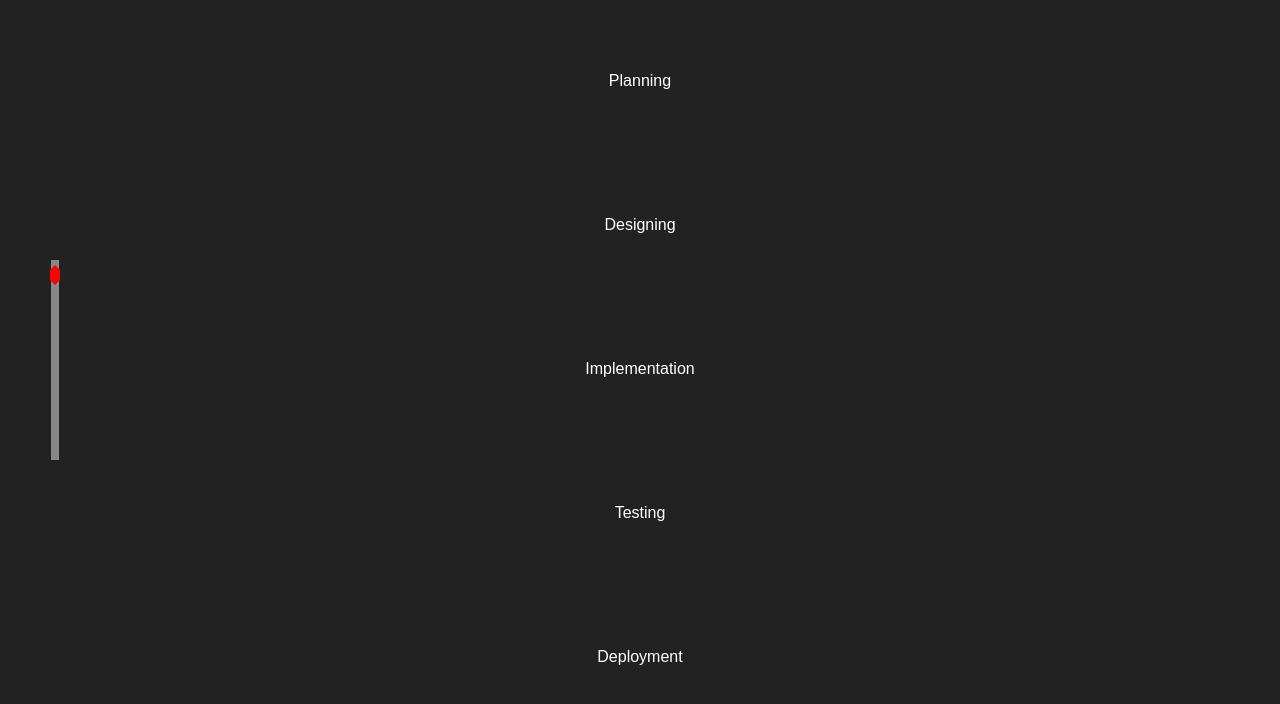
Repository: itsquadian/IT-SQUADIAN
Page: try.html
The author's editor kept a copy of each file at every save. The page is drawn from the files as they stood at one save, then again after the next save.
The browser window is 1280 px wide. The pictures show the whole page.

Above is the page before, as saved 2024-04-13 20:04:04.

### try.html
<!DOCTYPE html>
<html lang="en">
<head>
<meta charset="UTF-8">
<meta name="viewport" content="width=device-width, initial-scale=1.0">
<title>Road Animation</title>
<style>
    body {
        margin: 0;
        padding: 0;
        overflow: hidden;
        background-color: #222;
        color: #fff;
        font-family: Arial, sans-serif;
    }

    .road-container {
        position: relative;
        width: 100%;
        height: 100vh;
        display: flex;
        align-items: center;
        justify-content: space-between;
        padding: 50px;
        box-sizing: border-box;
    }

    .road-svg {
        width: 10px;
        height: 100%;
    }

    .road-path {
        stroke: #888;
        stroke-width: 8;
    }

    .car {
        fill: #f00;
        transform-origin: center;
        animation: moveCar 10s linear infinite;
    }

    .step {
        position: absolute;
        top: 0;
        left: 50%;
        transform: translateX(-50%);
        text-align: center;
        opacity: 0;
        animation: appear 5s linear forwards;
    }

    @keyframes moveCar {
        0% { transform: translateY(-100%); }
        100% { transform: translateY(100%); }
    }

    @keyframes appear {
        0% { opacity: 0; }
        100% { opacity: 1; }
    }
</style>
</head>
<body>
<div class="road-container">
    <svg class="road-svg" xmlns="http://www.w3.org/2000/svg" viewBox="0 0 10 200">
        <!-- Define your road path here -->
        <path class="road-path" d="M5 0 V200" />
        <!-- Add a moving car -->
        <polygon class="car" points="5,5 10,10 10,20 5,25 0,20 0,10" />
    </svg>
    <div class="step" style="top: 10%;">Planning</div>
    <div class="step" style="top: 30%;">Designing</div>
    <div class="step" style="top: 50%;">Implementation</div>
    <div class="step" style="top: 70%;">Testing</div>
    <div class="step" style="top: 90%;">Deployment</div>
</div>

</body>
</html>

After the next save:
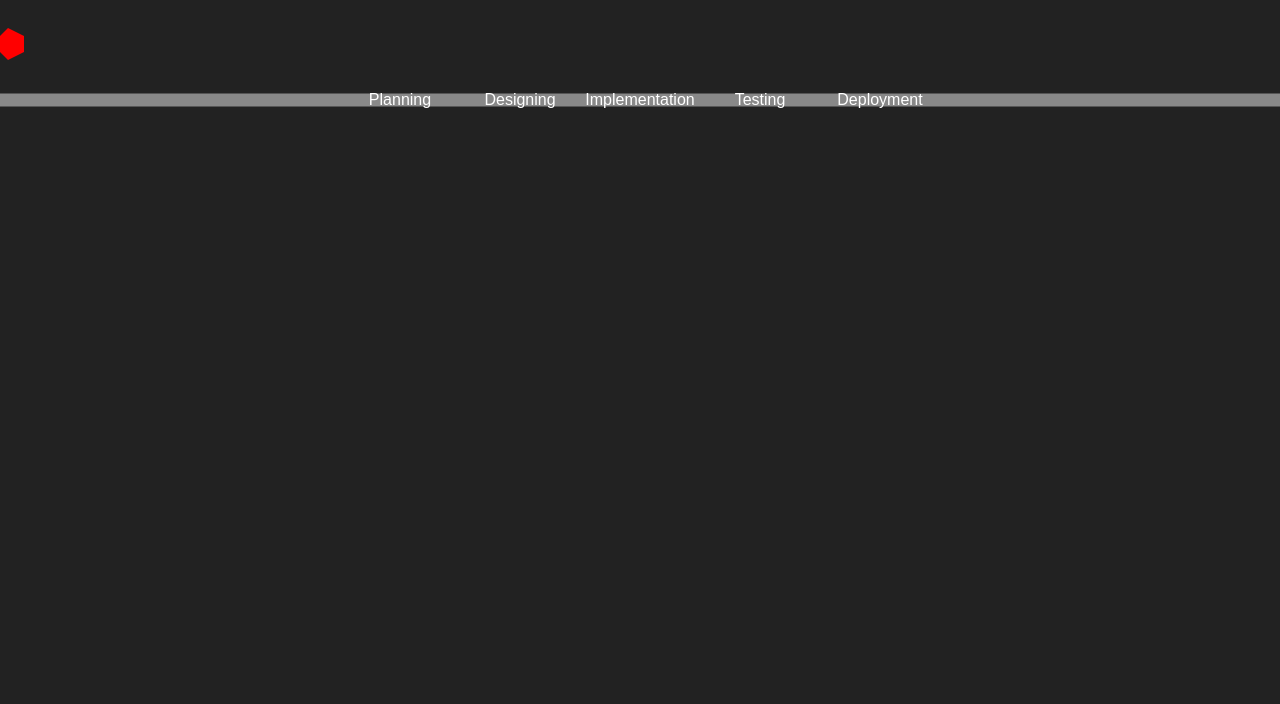
Saved 62 s later.
--- a/try.html
+++ b/try.html
@@ -17,17 +17,16 @@
     .road-container {
         position: relative;
         width: 100%;
-        height: 100vh;
+        height: 200px;
+        overflow: hidden;
         display: flex;
         align-items: center;
-        justify-content: space-between;
-        padding: 50px;
-        box-sizing: border-box;
+        justify-content: center;
     }
 
     .road-svg {
-        width: 10px;
-        height: 100%;
+        width: 100%;
+        height: auto;
     }
 
     .road-path {
@@ -41,19 +40,26 @@
         animation: moveCar 10s linear infinite;
     }
 
+    .steps {
+        position: absolute;
+        top: 50%;
+        transform: translateY(-50%);
+        display: flex;
+        justify-content: space-between;
+        width: 80%;
+        max-width: 600px;
+    }
+
     .step {
-        position: absolute;
-        top: 0;
-        left: 50%;
-        transform: translateX(-50%);
         text-align: center;
+        flex: 1;
         opacity: 0;
         animation: appear 5s linear forwards;
     }
 
     @keyframes moveCar {
-        0% { transform: translateY(-100%); }
-        100% { transform: translateY(100%); }
+        0% { transform: translateX(-100%); }
+        100% { transform: translateX(100%); }
     }
 
     @keyframes appear {
@@ -64,17 +70,19 @@
 </head>
 <body>
 <div class="road-container">
-    <svg class="road-svg" xmlns="http://www.w3.org/2000/svg" viewBox="0 0 10 200">
+    <svg class="road-svg" xmlns="http://www.w3.org/2000/svg" viewBox="0 0 800 100">
         <!-- Define your road path here -->
-        <path class="road-path" d="M5 0 V200" />
+        <path class="road-path" d="M0 50 H800" />
         <!-- Add a moving car -->
-        <polygon class="car" points="5,5 10,10 10,20 5,25 0,20 0,10" />
+        <polygon class="car" points="5,5 15,10 15,20 5,25 0,20 0,10" />
     </svg>
-    <div class="step" style="top: 10%;">Planning</div>
-    <div class="step" style="top: 30%;">Designing</div>
-    <div class="step" style="top: 50%;">Implementation</div>
-    <div class="step" style="top: 70%;">Testing</div>
-    <div class="step" style="top: 90%;">Deployment</div>
+    <div class="steps">
+        <div class="step">Planning</div>
+        <div class="step">Designing</div>
+        <div class="step">Implementation</div>
+        <div class="step">Testing</div>
+        <div class="step">Deployment</div>
+    </div>
 </div>
 
 </body>
